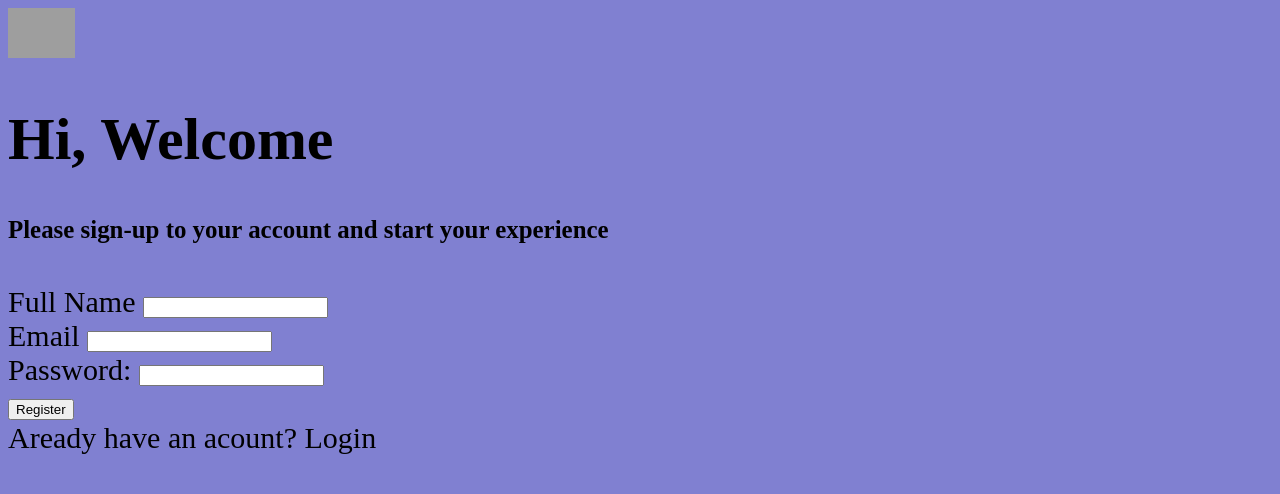
Repository: KingBoyMaylow/movie-task
Page: index.html
The author's editor kept a copy of each file at every save. The page is drawn from the files as they stood at one save, then again after the next save.
The browser window is 1280 px wide. The pictures show the whole page.
Pictures or frames that could not be fetched are drawn as grey boxes.

Above is the page before, as saved 2024-05-18 17:06:31.

### index.html
<!DOCTYPE html>
<html>
<head>
    <link rel="stylesheet" href="html.css">
  <title>document</title>
</head>
<body>
    <div class="sign-up-div">
        <img src="download.png" alt="div">
        <h1>Hi, Welcome</h1>
  <h5>Please sign-up to your account and start your experience</h5>

  <form action="signup.php" method="post">
    <label for="Full Name">Full Name</label>
    <input type="text" id="Full Name" name="Full Name" required><br>

    <label for="Email1">Email</label>
    <input type="text" id="Email1" name ="Email1" required><br>

    <label for="password">Password:</label>
    <input type="password" id="password" name="password" required><br>

    <input type="submit" value="Register">
  </form>
  <span>Aready have an acount?</span> <span>Login</span>
    </div>

</form>
</body>
</html>

### html.css
body{
    background-color:  rgb(128, 128, 209);
}
.sign-up-div{
    font-size: 30px;
    background-color: ;
}
img{
    height: 50px;
    cursor: pointer;
}

After the next save:
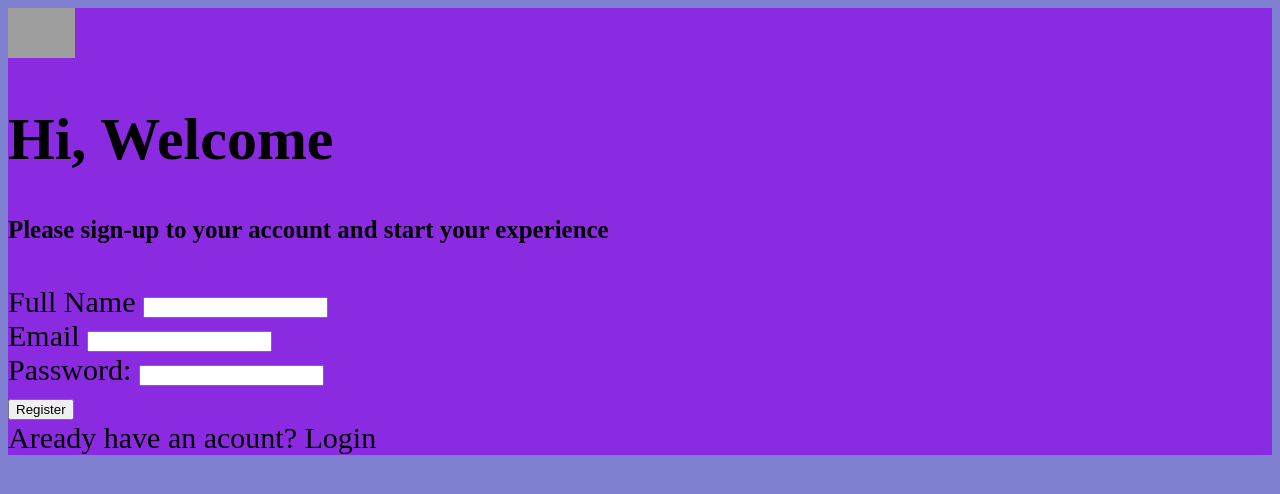
Saved 5 s later.
--- a/html.css
+++ b/html.css
@@ -3,7 +3,7 @@ body{
 }
 .sign-up-div{
     font-size: 30px;
-    background-color: ;
+    background-color: blueviolet;
 }
 img{
     height: 50px;
